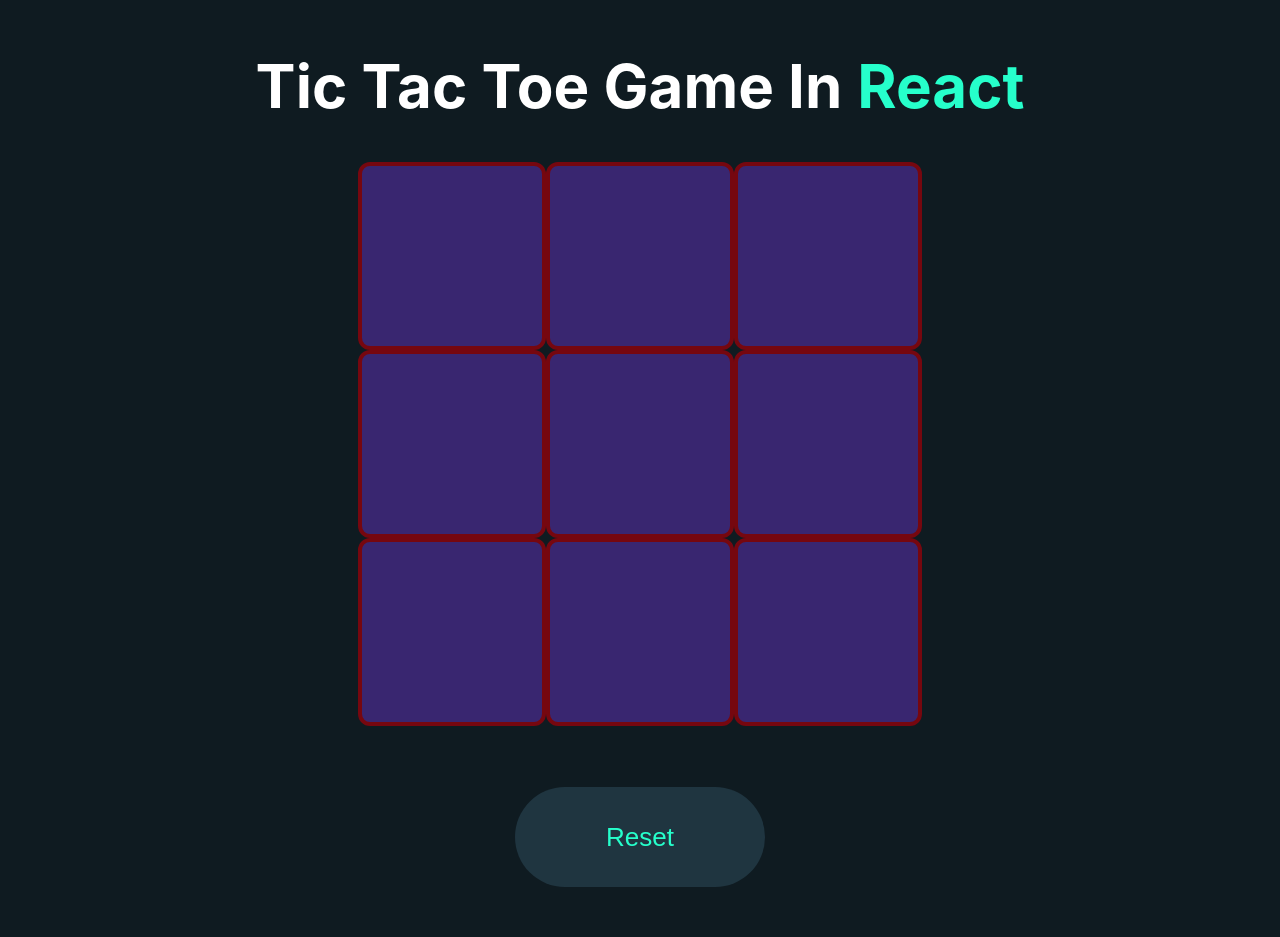
Repository: GigaByte6610/TicTacToe
Page: /
These files come from the project's save history. The page is drawn as it stood at one moment and after the next save; the edit follows.
The browser window is 1280 px wide. The pictures show the whole page.
The project was rebuilt for these pictures with package versions that can differ from the ones it lists, and the page was loaded fresh each time. Also part of the build but not shown: src/App.css.

Above is the page before, as saved 2025-02-01 07:14:30.

### public/index.html
<!DOCTYPE html>
<html lang="en">

<head>
    <meta charset="utf-8" />
    <link rel="icon" href="%PUBLIC_URL%/favicon.ico" />
    <meta name="viewport" content="width=device-width, initial-scale=1" />
    <meta name="theme-color" content="#000000" />
    <meta name="description" content="Web site created using create-react-app" />
    <link rel="apple-touch-icon" href="%PUBLIC_URL%/logo192.png" />
    <!--
      manifest.json provides metadata used when your web app is installed on a
      user's mobile device or desktop. See https://developers.google.com/web/fundamentals/web-app-manifest/
    -->
    <link rel="manifest" href="%PUBLIC_URL%/manifest.json" />
    <!--
      Notice the use of %PUBLIC_URL% in the tags above.
      It will be replaced with the URL of the `public` folder during the build.
      Only files inside the `public` folder can be referenced from the HTML.

      Unlike "/favicon.ico" or "favicon.ico", "%PUBLIC_URL%/favicon.ico" will
      work correctly both with client-side routing and a non-root public URL.
      Learn how to configure a non-root public URL by running `npm run build`.
    -->
    <title>TicTacToe</title>
</head>

<body>
    <noscript>You need to enable JavaScript to run this app.</noscript>
    <div id="root"></div>
    <!--
      This HTML file is a template.
      If you open it directly in the browser, you will see an empty page.

      You can add webfonts, meta tags, or analytics to this file.
      The build step will place the bundled scripts into the <body> tag.

      To begin the development, run `npm start` or `yarn start`.
      To create a production bundle, use `npm run build` or `yarn build`.
    -->
</body>

</html>

### src/index.css
body {
    margin: 0;
    font-family: -apple-system, BlinkMacSystemFont, 'Segoe UI', 'Roboto', 'Oxygen', 'Ubuntu', 'Cantarell', 'Fira Sans', 'Droid Sans', 'Helvetica Neue', sans-serif;
    -webkit-font-smoothing: antialiased;
    -moz-osx-font-smoothing: grayscale;
    background: #0f1B21;
}

code {
    font-family: source-code-pro, Menlo, Monaco, Consolas, 'Courier New', monospace;
}

### src/App.js
import './App.css';
import TicTacToe from './Components/TicTacToe/TicTacToe'; // Ensure the path is correct


function App() {
    return ( <
        div >
        <
        TicTacToe / >
        <
        /div>
    );

}

export default App;

### src/Components/TicTacToe/TicTacToe.jsx
import React, { useRef, useState,useEffect} from 'react'
import './TicTacToe.css'

import cross from '../Assets/cross.png';
import circle from '../Assets/circle.png';


const TicTacToe = () => {
    let [count,setCount]=useState(0);
    let[lock,setLock]=useState(false);
    let titleRef=useRef(null);
    const [data, setData] = useState(["", "", "", "", "", "", "", "", ""]);
    useEffect(() => {
        checkWin();
    }, [data]);
    const toggle = (e,num)=>{
        if(lock){
            return 0;
    }
    let newData = [...data];
    if(count%2===0){
        e.target.innerHtml=`<img src="${cross}" />`;
        newData[num]="X";
        setCount(++count);

    }
    else{
        e.target.innerHtml=`<img src="${circle}" />`;
        newData[num]="0";
        setCount(++count);
    }
    setData(newData);


}
const checkWin=()=>{
    if(data[0]===data[1] && data[1]===data[2] && data[2]!==""){
        won(data[2]);
    }
    else if(data[3]===data[4] && data[4]===data[5] && data[5]!==""){
        won(data[5]);
    }
    else if(data[6]===data[7] && data[7]===data[8] && data[8]!==""){
        won(data[8]);
    }
    else if(data[0]===data[3] && data[3]===data[6] && data[6]!==""){
        won(data[6]);
    }
    else if(data[1]===data[4] && data[4]===data[7] && data[7]!==""){
        won(data[7]);
    }


    else if(data[2]===data[5] && data[5]===data[8] && data[8]!==""){
        won(data[8]);
    }

    else if(data[0]===data[4] && data[4]===data[8] && data[8]!==""){
        won(data[8]);
    }

    else if(data[0]===data[1] && data[1]===data[2] && data[2]!==""){
        won(data[2]);
    }
    else if(data[2]===data[4] && data[4]===data[6] && data[6]!==""){
        won(data[6]);
    }

}
const won=(winner)=>{
    setLock(true);
    if(winner==="X"){
        titleRef.current.innerHTML=`Congratulations :<img src=${cross} /> Won`;
    }
    else
    {
        titleRef.current.innerHTML=`Congratulations :<img src=${circle} />`;
    }
}
const reset=()=>{
    setLock(false);
    setData(["", "", "", "", "", "", "", "", ""]);
    titleRef.current.innerHTML=`Tic Tac Toe Game In <span>React</span>`;
}

  return (

    <div className='container'>
        <h1 className='title' ref={titleRef}>Tic Tac Toe Game In <span>React</span></h1>
        < div className='board'>
        <div className="row1">
         <div className="boxes" onClick={(e) => toggle(e, 0)}>{data[0] && <img src={data[0] === "X" ? cross : circle} alt={data[0]} />}</div>
          <div className="boxes" onClick={(e) => toggle(e, 1)}>{data[1] && <img src={data[1] === "X" ? cross : circle} alt={data[1]} />}</div>
          <div className="boxes" onClick={(e) => toggle(e, 2)}>{data[2] && <img src={data[2] === "X" ? cross : circle} alt={data[2]} />}</div>
        </div>
        <div className="row2">
          <div className="boxes" onClick={(e) => toggle(e, 3)}>{data[3] && <img src={data[3] === "X" ? cross : circle} alt={data[3]} />}</div>
          <div className="boxes" onClick={(e) => toggle(e, 4)}>{data[4] && <img src={data[4] === "X" ? cross : circle} alt={data[4]} />}</div>
          <div className="boxes" onClick={(e) => toggle(e, 5)}>{data[5] && <img src={data[5] === "X" ? cross : circle} alt={data[5]} />}</div>
        </div>
        <div className="row3">
          <div className="boxes" onClick={(e) => toggle(e, 6)}>{data[6] && <img src={data[6] === "X" ? cross : circle} alt={data[6]} />}</div>
          <div className="boxes" onClick={(e) => toggle(e, 7)}>{data[7] && <img src={data[7] === "X" ? cross : circle} alt={data[7]} />}</div>
          <div className="boxes" onClick={(e) => toggle(e, 8)}>{data[8] && <img src={data[8] === "X" ? cross : circle} alt={data[8]} />}</div>
        </div>
        </div>

        <button className='reset' onClick={()=>{reset()}}>Reset</button>





    </div>
  )
}

export default TicTacToe;

### src/Components/TicTacToe/TicTacToe.css
.container {
    text-align: center;
}

.title {
    margin-top: 50px;
    color: white;
    font-size: 60px;
    display: flex;
    justify-content: center;
    align-items: center;
}

.title span {
    color: #26ffcb;
    padding-left: 15px;
}

.boxes {
    display: flex;
    height: 180px;
    width: 180px;
    background: #392670;
    border: 4px solid #76070f;
    border-radius: 12px;
    cursor: pointer;
}

.board {
    height: 600px;
    width: 564px;
    display: flex;
    margin: auto;
}

.boxes img {
    margin: 50px 50px;
}

.title img {
    padding: 20px 20px;
    height: 50px;
}

.reset {
    width: 250px;
    height: 100px;
    border: none;
    outline: none;
    cursor: pointer;
    border-radius: 50px;
    background: #1f3540;
    font-size: 26px;
    color: #26ffcb;
    margin-top: 25px;
    margin-bottom: 50px;
}

Loaded but not shown: src/index.js (common file); src/reportWebVitals.js (common file)

After the next save:
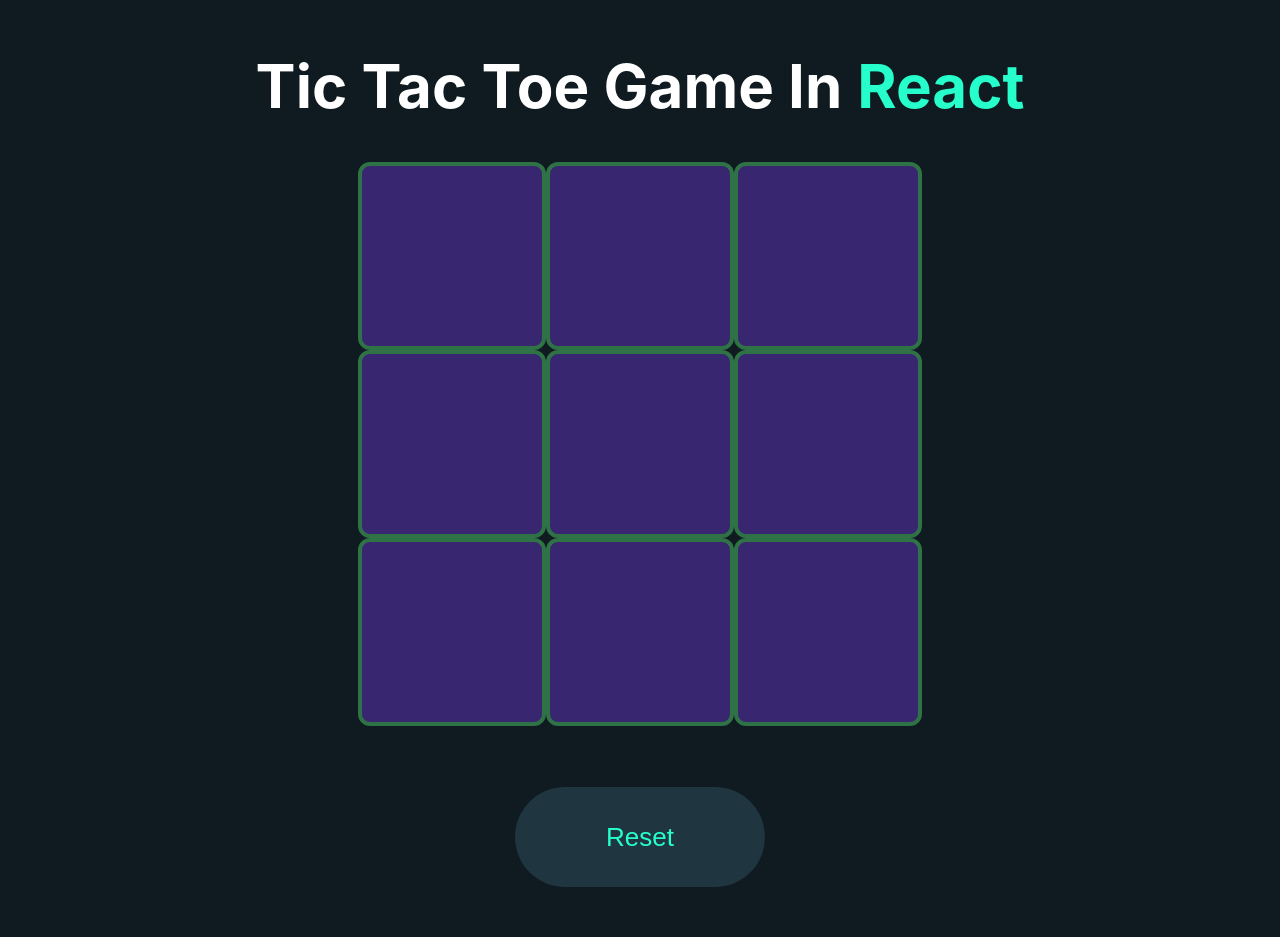
Saved 28 s later.
--- a/src/Components/TicTacToe/TicTacToe.css
+++ b/src/Components/TicTacToe/TicTacToe.css
@@ -21,7 +21,7 @@
     height: 180px;
     width: 180px;
     background: #392670;
-    border: 4px solid #76070f;
+    border: 4px solid #2e7246;
     border-radius: 12px;
     cursor: pointer;
 }
